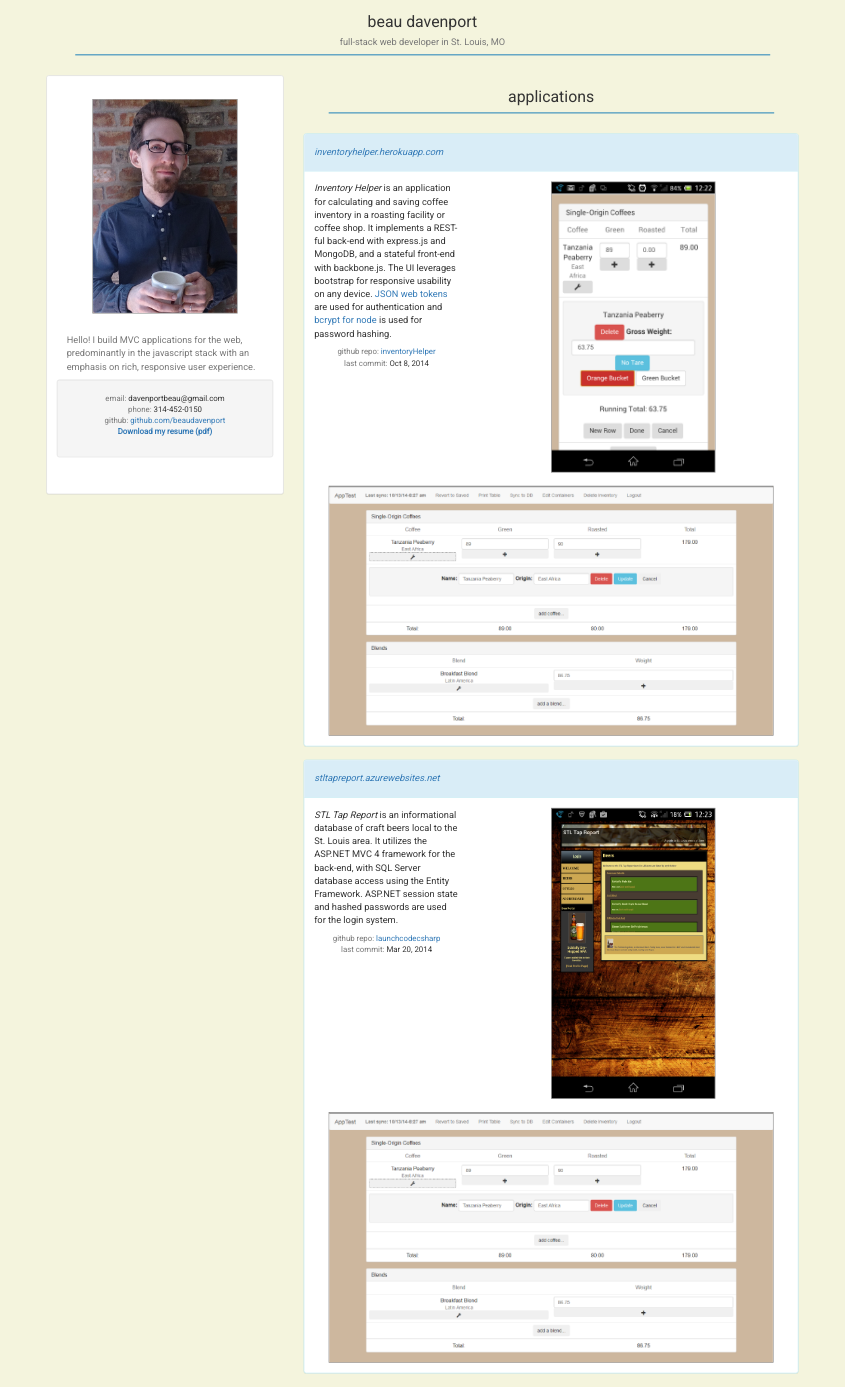
Repository: beaudavenport/old-jekyll-blog
Page: index.html
The author's editor kept a record of every edit. The page is drawn from the files as they stood at one moment, then again after the next edit.
The browser window is 1280 px wide. The pictures show the whole page, at 66% of full size.
Some web libraries are served in a nearby version.

Above is the page before.

After the next edit:
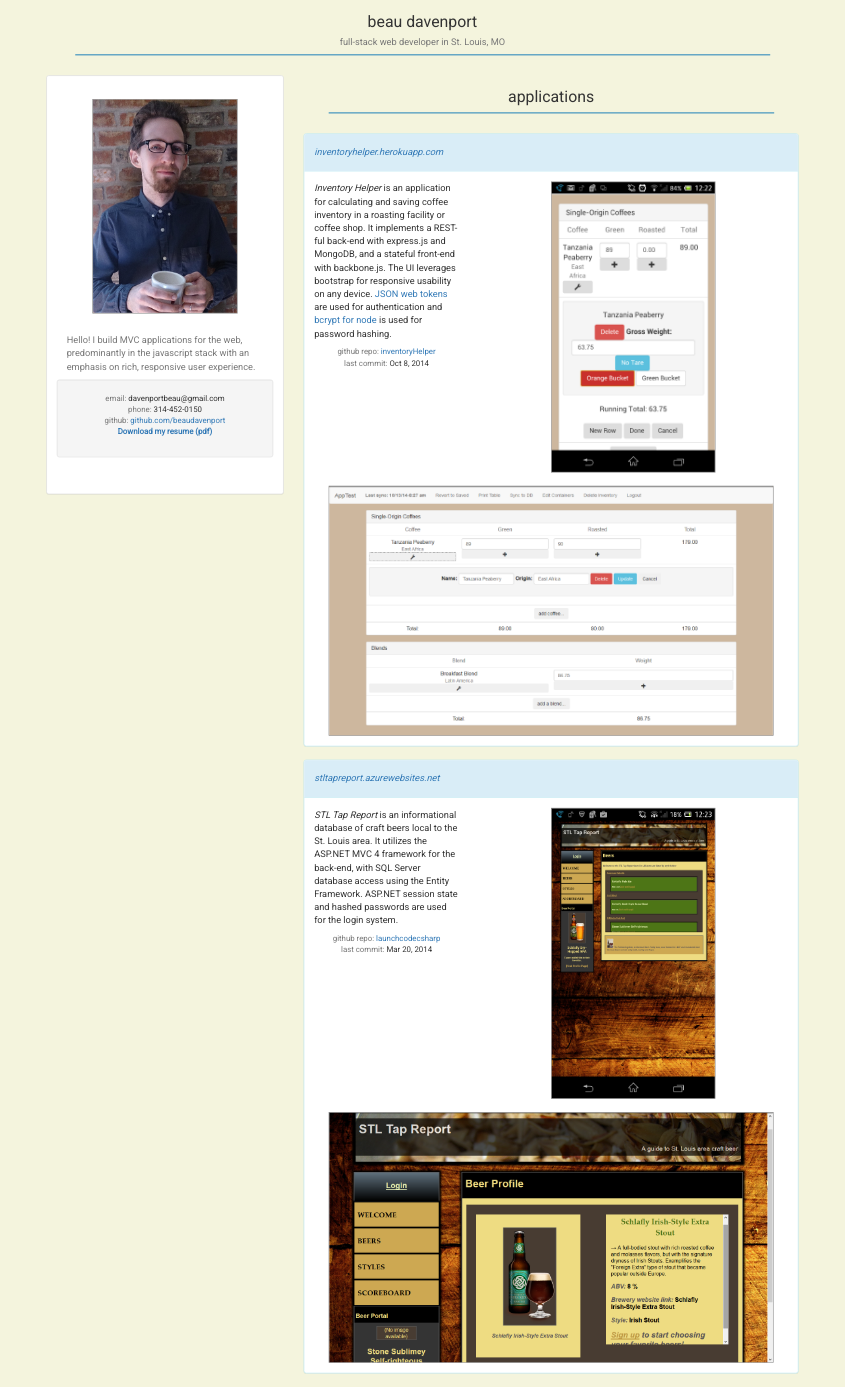
The edit:
--- a/index.html
+++ b/index.html
@@ -117,7 +117,7 @@
                     </div>
                     <br />
                     <div class="row">
-                        <img class="full" src="assets/images/inventory-full.png" />
+                        <img class="full" src="assets/images/stltapfull.png" />
                     </div>
                 </div>
             </div>
